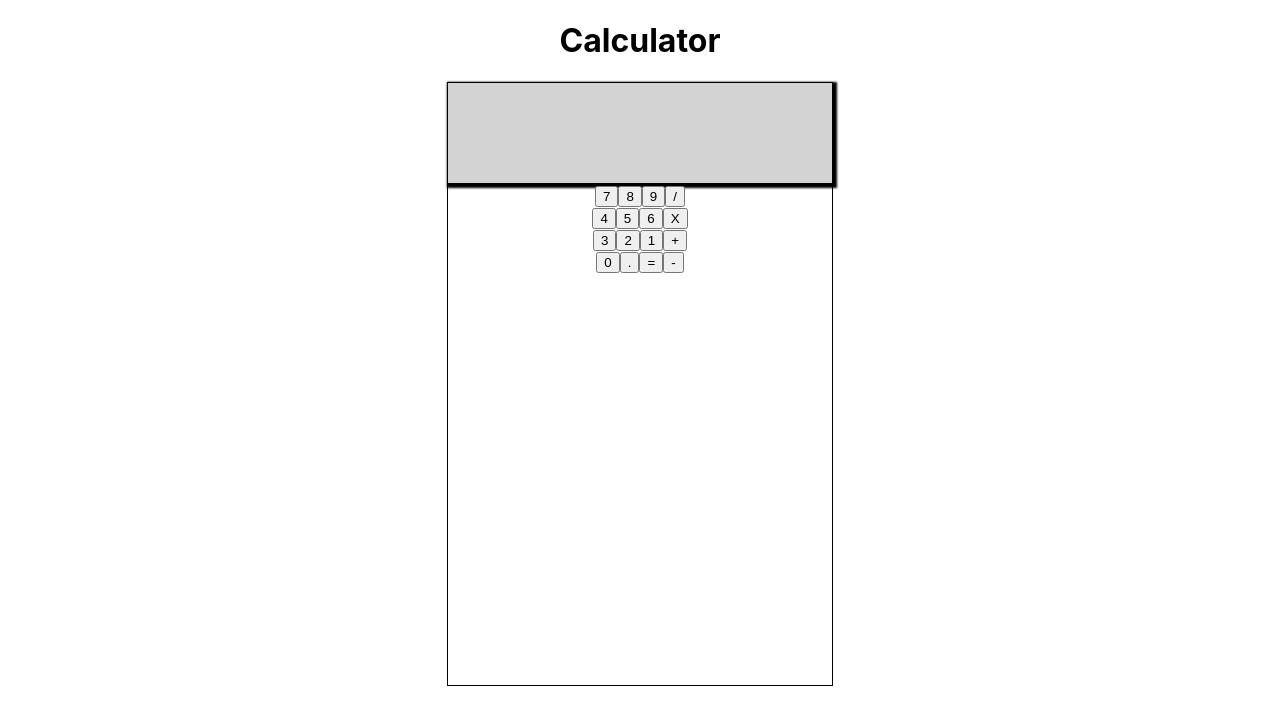
Repository: punitbathija/Placement-Assitance-iNeuron
Page: / (app in React/calculator/)
These files come from the project's save history. The page is drawn as it stood at one moment and after the next save; the edit follows.
The browser window is 1280 px wide. The pictures show the whole page.
The project was rebuilt for these pictures with package versions that can differ from the ones it lists, and the page was loaded fresh each time.

Above is the page before, as saved 2023-06-05 16:06:13.

After the next save:
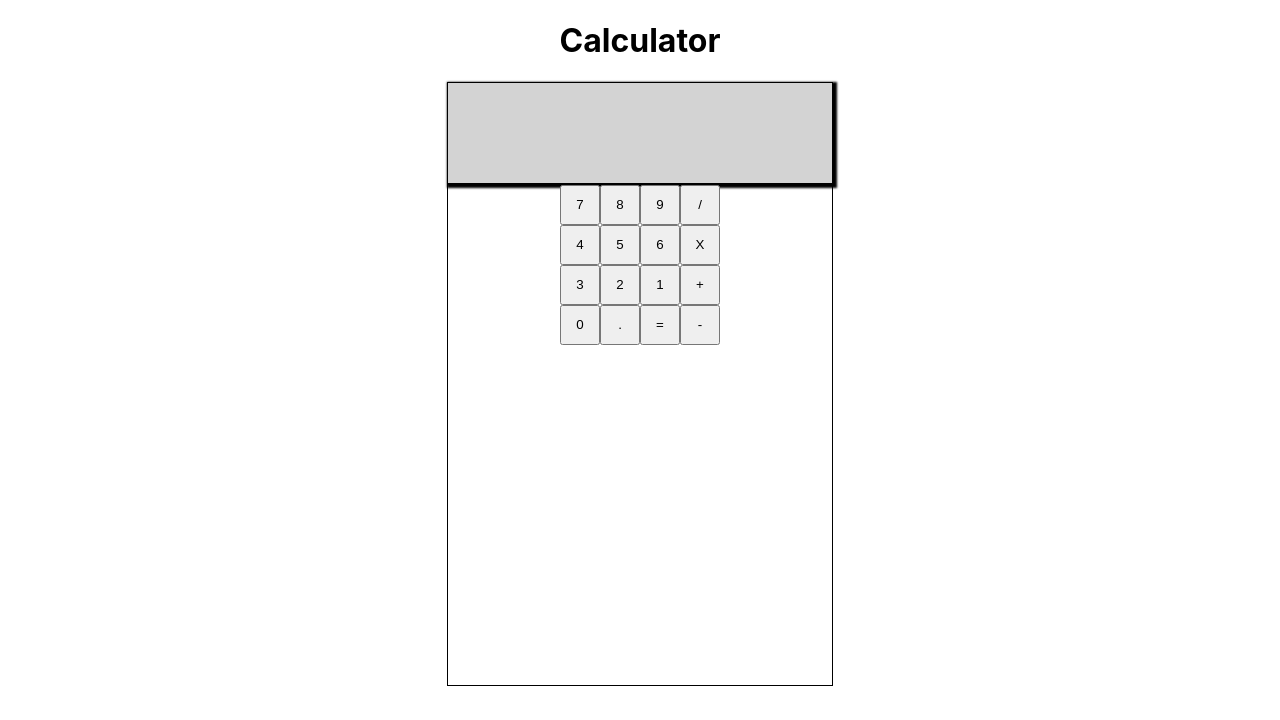
Saved 21 s later.
--- a/React/calculator/src/index.css
+++ b/React/calculator/src/index.css
@@ -28,3 +28,8 @@ code {
   width: 30%;
   margin: auto;
 }
+
+.btn{
+  height: 40px;
+  width: 40px;
+}
